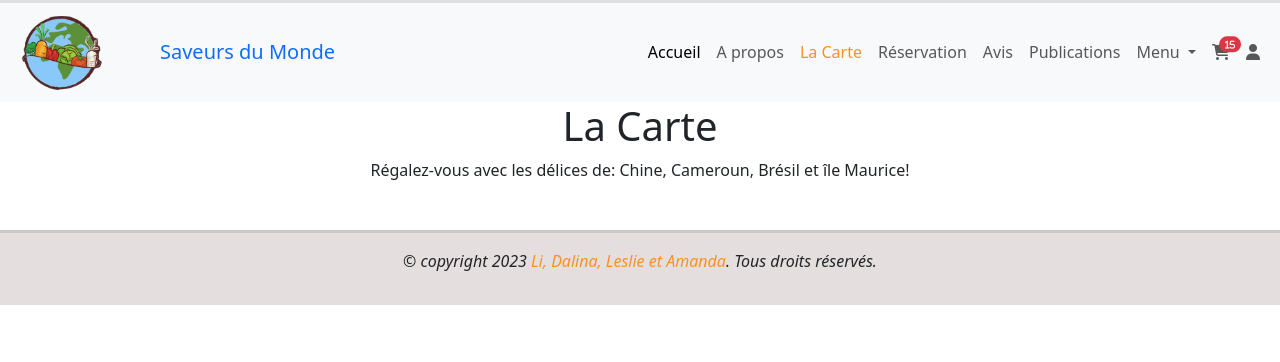
Repository: LI8538/saveur-du-monde
Page: templates/subscription/index.html.twig
An editor plug-in stored every save of this project. The page is shown before and after the next save, followed by the edit.
The browser window is 1280 px wide. The pictures show the whole page.
The page is a Twig template of a Symfony application; nobody is signed in and links lead nowhere. The template is opened directly, without the code that normally fills it, so the values that code supplies are empty.

Above is the page before, as saved 2023-09-06 15:18:00.

After the next save:
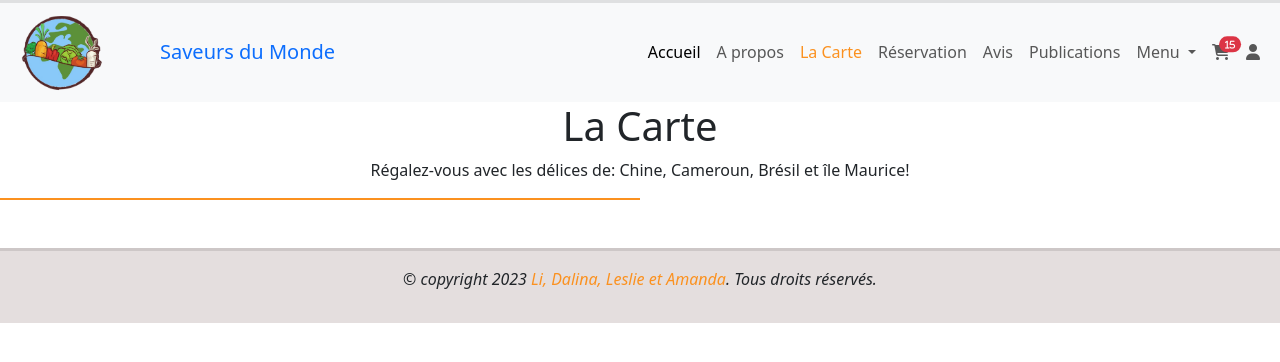
Saved 34 s later.
--- a/templates/subscription/index.html.twig
+++ b/templates/subscription/index.html.twig
@@ -14,7 +14,7 @@
 {# {{ dump(products) }} #}
  <h1>La Carte</h1>
     <p>Régalez-vous avec les délices de: Chine, Cameroun, Brésil et île Maurice!</p>
-
+<div class="trait"></div>
 
 </div>
 {% endblock %}
